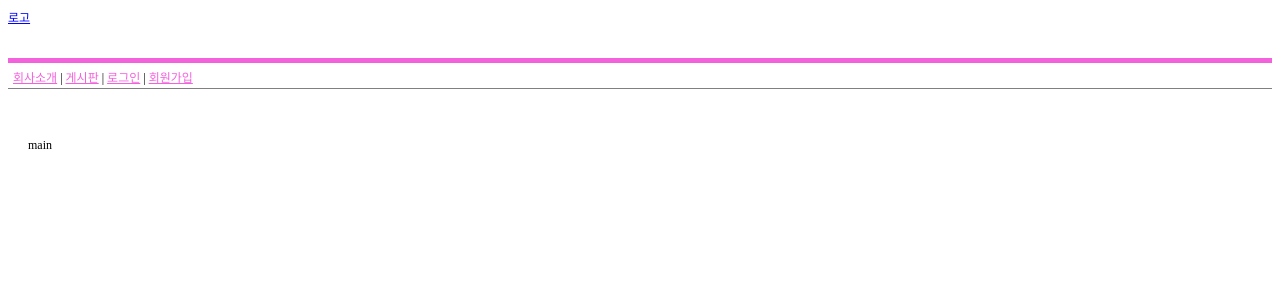
Repository: asaf0813/aisw
Page: http://localhost/model_edu/main.jsp
The author's editor kept a copy of each file at every save. The page is drawn from the files as they stood at one save, then again after the next save.
The browser window is 1280 px wide. The pictures show the whole page.
The page is served by Tomcat 9.

Above is the page before, as saved 2019-10-04 11:46:20.

After the next save:
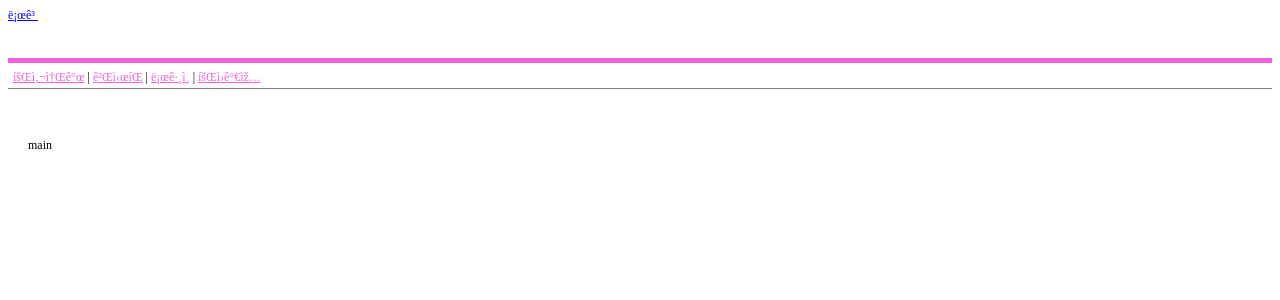
Saved 26 min 34 s later.
--- a/java/이클립스/workspace/model1_2/model_edu/WebContent/main.jsp
+++ b/java/이클립스/workspace/model1_2/model_edu/WebContent/main.jsp
@@ -1,4 +1,3 @@
-<%@ page language="java" contentType="text/html; charset=utf-8" pageEncoding="utf-8"%>
 <!doctype html>
 <html lang="en">
 	<head>
